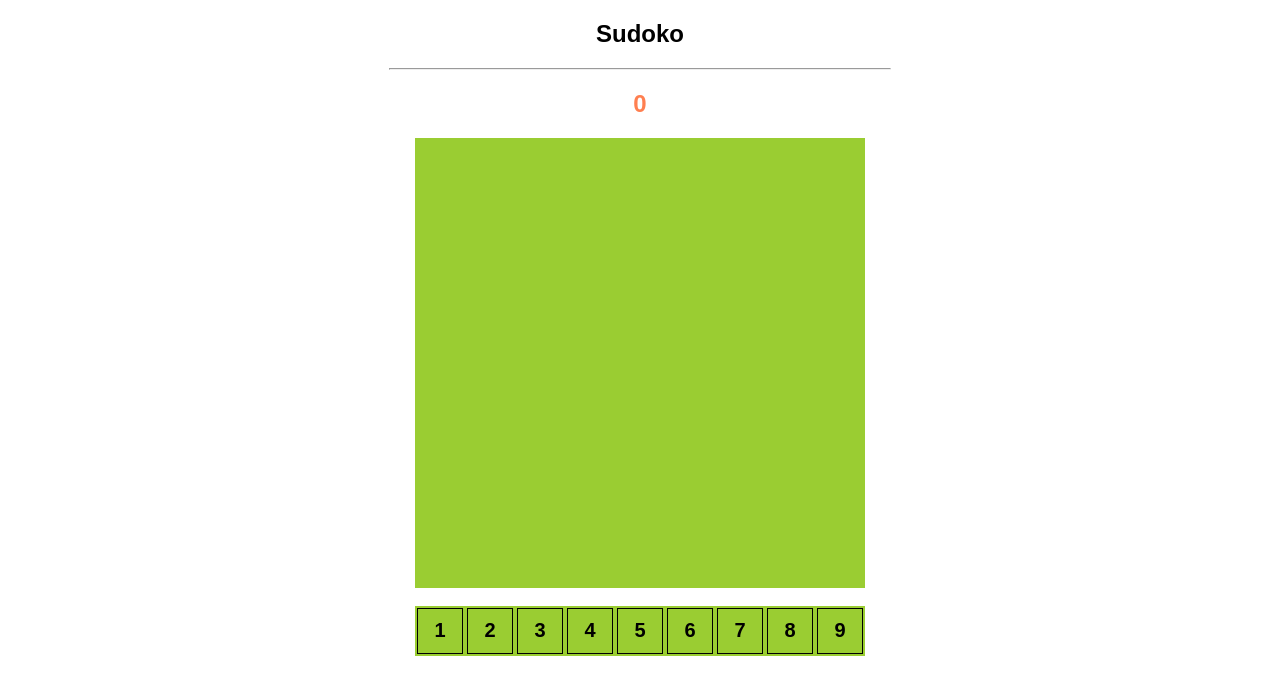
Repository: divyaravada/javascript-games
Page: sudoko/sudoko.html
These files come from the project's save history. The page is drawn as it stood at one moment and after the next save; the edit follows.
The browser window is 1280 px wide. The pictures show the whole page.

Above is the page before, as saved 2022-03-15 18:00:14.

### sudoko/sudoko.html
<!DOCTYPE html>
<html>
  <head>
    <meta charset="UTF-8" />
    <meta
      name="viewport"
      content="width=device-width"
      initial-scale="1.0"
      user-scalable="no"
    />
    <title>Sudoko Game</title>
    <link rel="stylesheet" href="./sudoko.css" />
  </head>
  <body>
    <h2>Sudoko</h2>
    <hr />
    <h2 id="errors">0</h2>

    <!-- 9x9 board-->
    <div id="board"></div>
    <br />
    <div id="digits"></div>

    <script src="./sudoko.js"></script>
  </body>
</html>

### sudoko/sudoko.css
body {
  font-family: Arial, Helvetica, sans-serif;
  text-align: center;
}
hr {
  width: 500px;
}
#errors {
  color: coral;
}
#board {
  width: 450px;
  height: 450px;

  background-color: yellowgreen;
  margin: 0 auto;
  display: flex;
  flex-wrap: wrap;
}
#digits {
  width: 450px;
  height: 50px;

  background-color: yellowgreen;
  margin: 0 auto;
  display: flex;
  flex-wrap: wrap;
}
.tile {
  width: 48px;
  height: 48px;
  border: 1px solid lightgray;

  font-size: 20px;
  font-weight: bold;
  display: flex;
  justify-content: center;
  align-items: center;
}
.number {
  width: 44px;
  height: 44px;
  border: 1px solid black;
  margin: 2px;

  font-size: 20px;
  font-weight: bold;
  display: flex;
  justify-content: center;
  align-items: center;
}

### sudoko/sudoko.js
var numSelected = null;
var titleSelected = null;
var errors = 0;

var board = [
  "--74916-5",
  "2---6-3-9",
  "-----7-1-",
  "-586----4",
  "--3----9-",
  "--62--187",
  "9-4-7---2",
  "67-83----",
  "81--45---",
];
var solutions = [
  "387491625",
  "241568379",
  "569327418",
  "758619234",
  "123784596",
  "496253187",
  "934176852",
  "675832941",
  "812945763",
];

window.onload = function () {
  setGame();
};

function setGame() {
  //digits 1-9
  for (let i = 1; i <= 9; i++) {
    let number = document.createElement("div");
    number.id = i;
    number.innerText = i;
    number.classList.add("number");
    document.getElementById("digits").appendChild(number);
  }
}

After the next save:
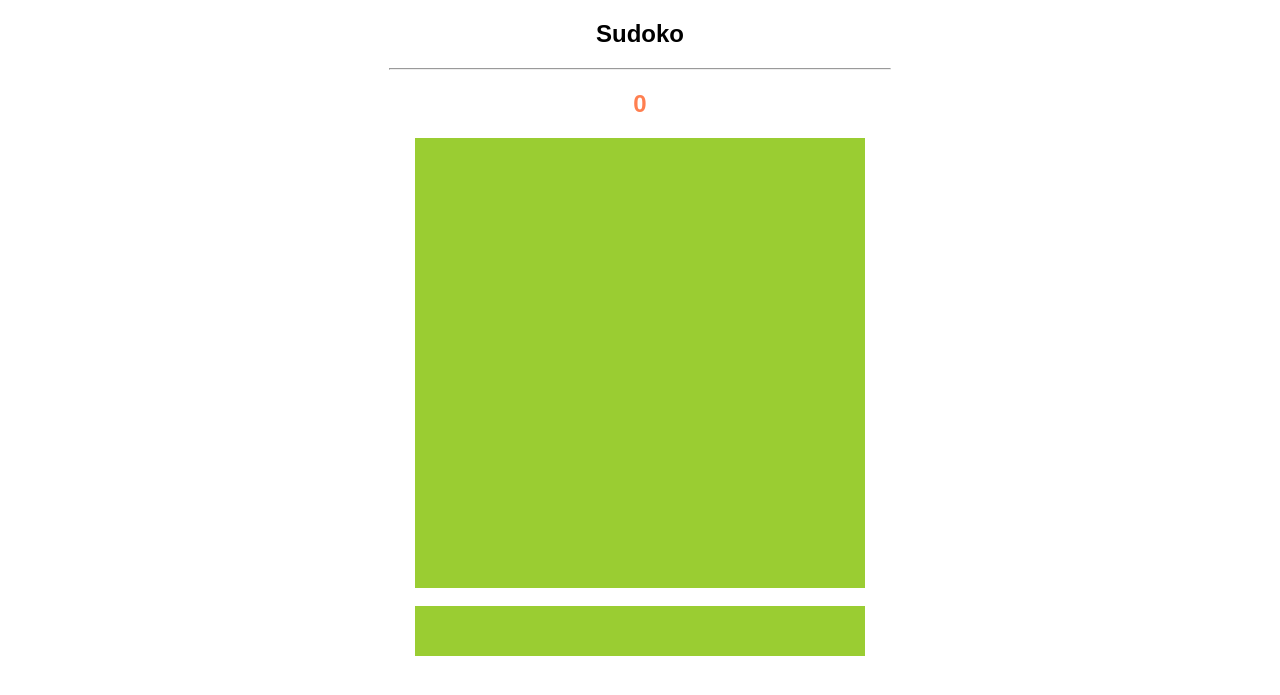
Console error: SyntaxError: Unexpected token '}'
Saved 54 s later.
--- a/sudoko/sudoko.js
+++ b/sudoko/sudoko.js
@@ -38,4 +38,7 @@ function setGame() {
     number.classList.add("number");
     document.getElementById("digits").appendChild(number);
   }
+//Board
+for(let r=0;r<9;)
+
 }

After the save that followed:
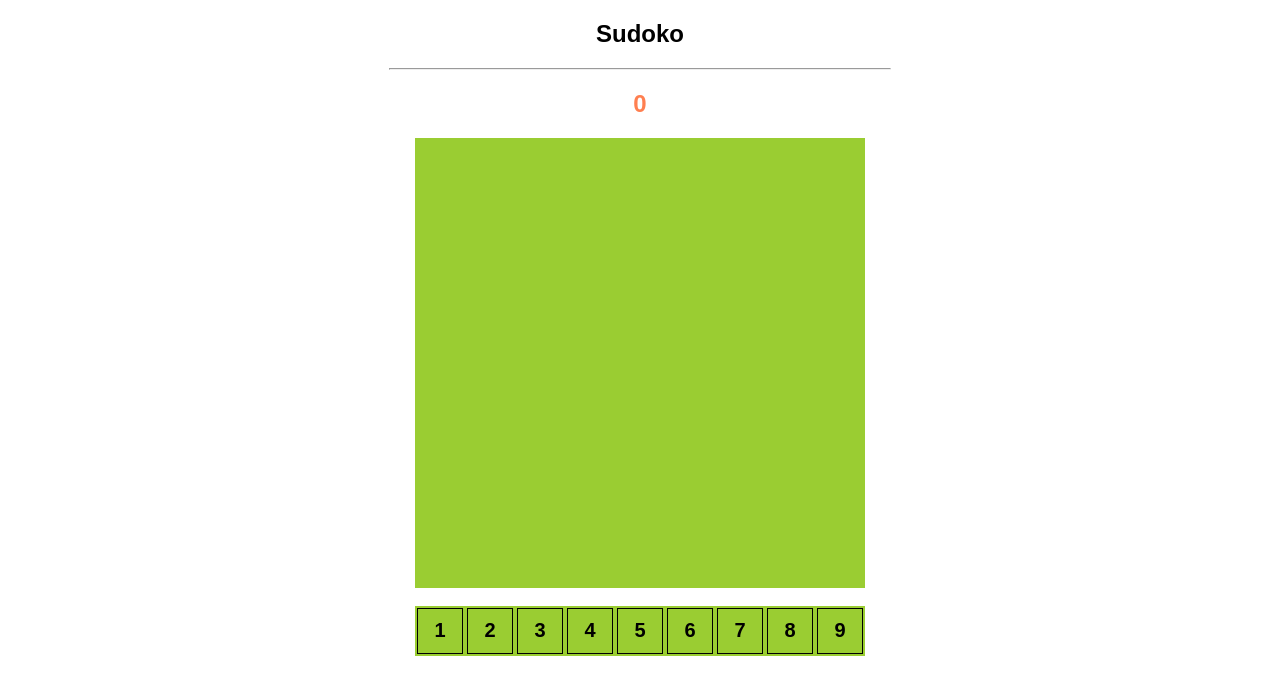
The error is gone.
Saved 57 s later.
--- a/sudoko/sudoko.js
+++ b/sudoko/sudoko.js
@@ -38,7 +38,11 @@ function setGame() {
     number.classList.add("number");
     document.getElementById("digits").appendChild(number);
   }
-//Board
-for(let r=0;r<9;)
-
+  //Board
+  for (let r = 0; r < 9; r++) {
+    for (let c = 0; c < 9; c++) {
+      let tile = document.createElement("div");
+      tile.id;
+    }
+  }
 }
